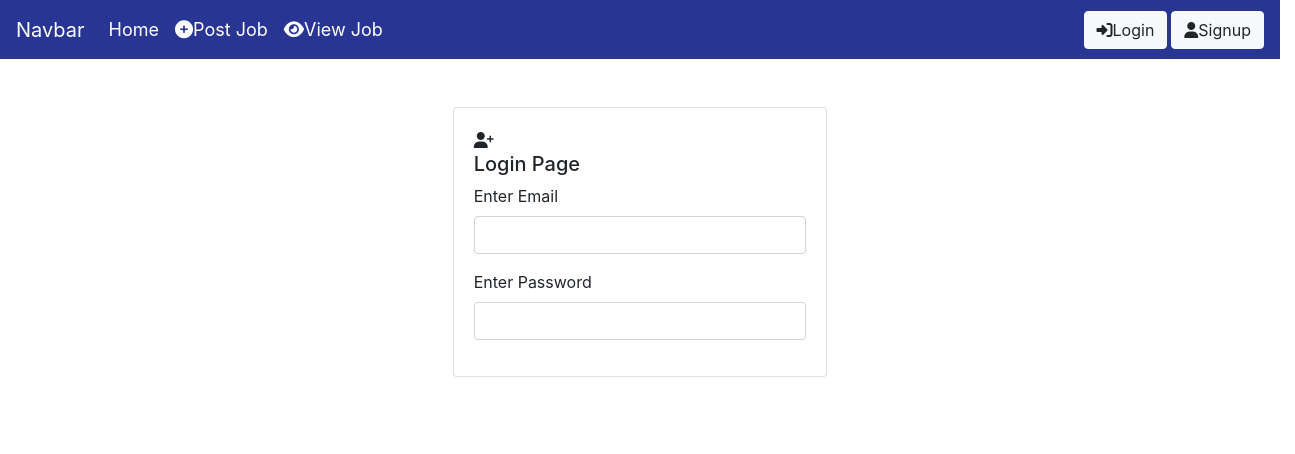
Repository: Pankaj08072001/Adv_Java
Page: http://localhost/06_Job_portal_Project/login.jsp
These files come from the project's save history. The page is drawn as it stood at one moment and after the next save; the edit follows.
The browser window is 1280 px wide. The page is 1295 px wide, so the pictures cover 1295 px, including what lies to the right of the window. The pictures show the whole page.
Some web libraries are served in a nearby version. The page is served by Tomcat 9.

Above is the page before, as saved 2025-03-13 19:44:56.

After the next save:
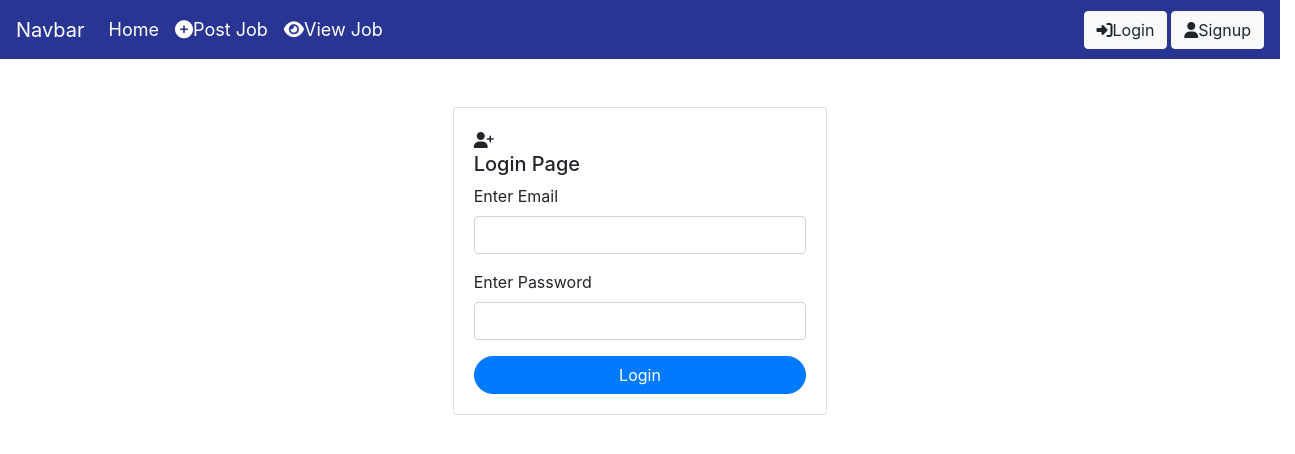
Saved 79 s later.
--- a/06_Job_portal_Project/src/main/webapp/login.jsp
+++ b/06_Job_portal_Project/src/main/webapp/login.jsp
@@ -34,6 +34,7 @@
 									required="required" class="form-control"
 									id="exampleInputEmail1" name="ps">
 							</div>
+							<button class="btn btn-primary badge-pill btn-block" type="submit">Login</button>
 						</form>
 
 					</div>
